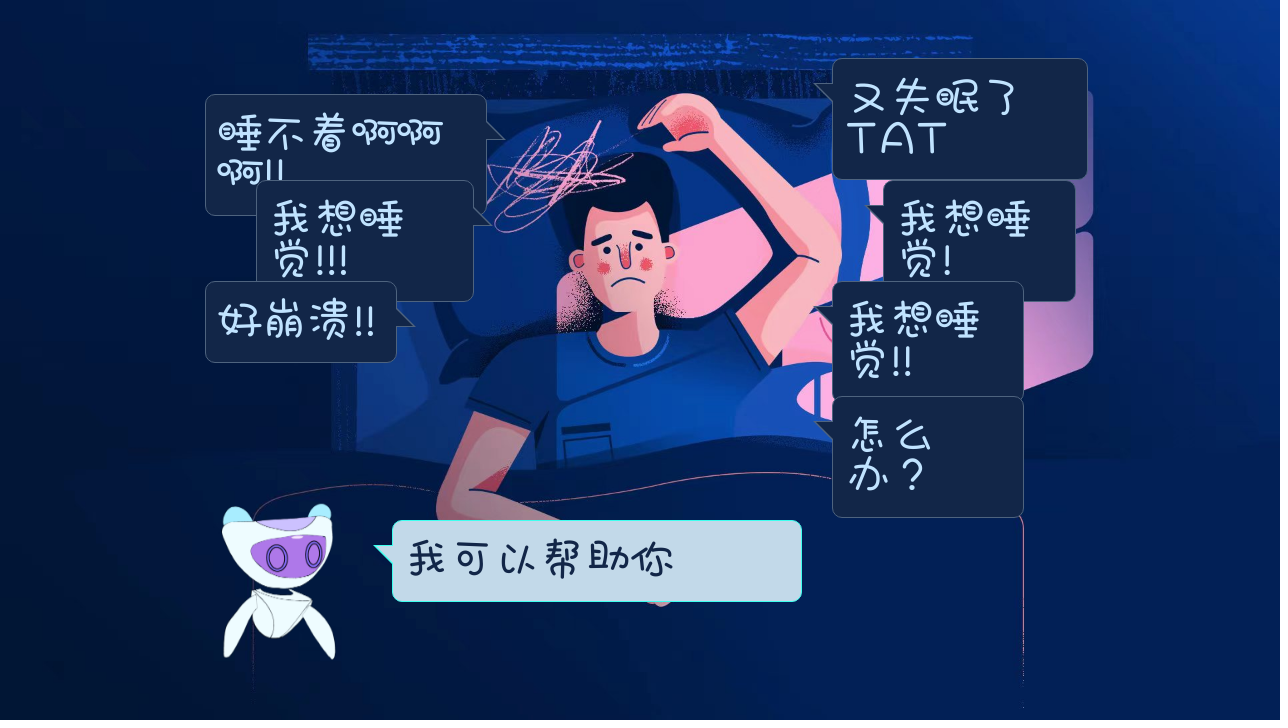
Repository: chjyume/zhongyi
Page: index2.html
These files come from the project's save history. The page is drawn as it stood at one moment and after the next save; the edit follows.
The browser window is 1280 px wide. The page is 1288 px wide, so the pictures cover 1288 px, including what lies to the right of the window. The pictures show the whole page.

Above is the page before, as saved 2023-06-27 09:18:18.

After the next save:
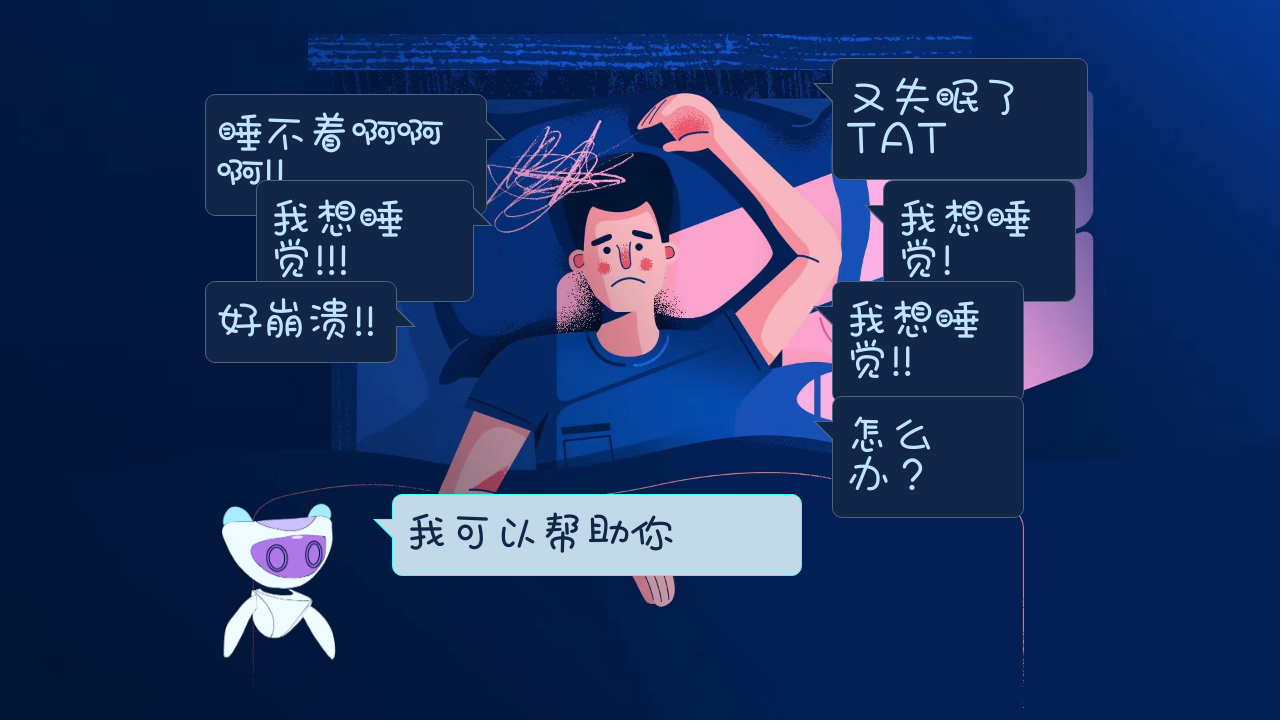
Saved 85 s later.
--- a/css/index2.css
+++ b/css/index2.css
@@ -170,7 +170,7 @@
   font-family:HYLeMiaoTi;
   font-size: 45px;
   line-height: 40px;
-  margin-top: calc(40%);
+  margin-top: calc(38%);
   left: calc(30%);
   color: #122648;
   background: #c2d9e9;
